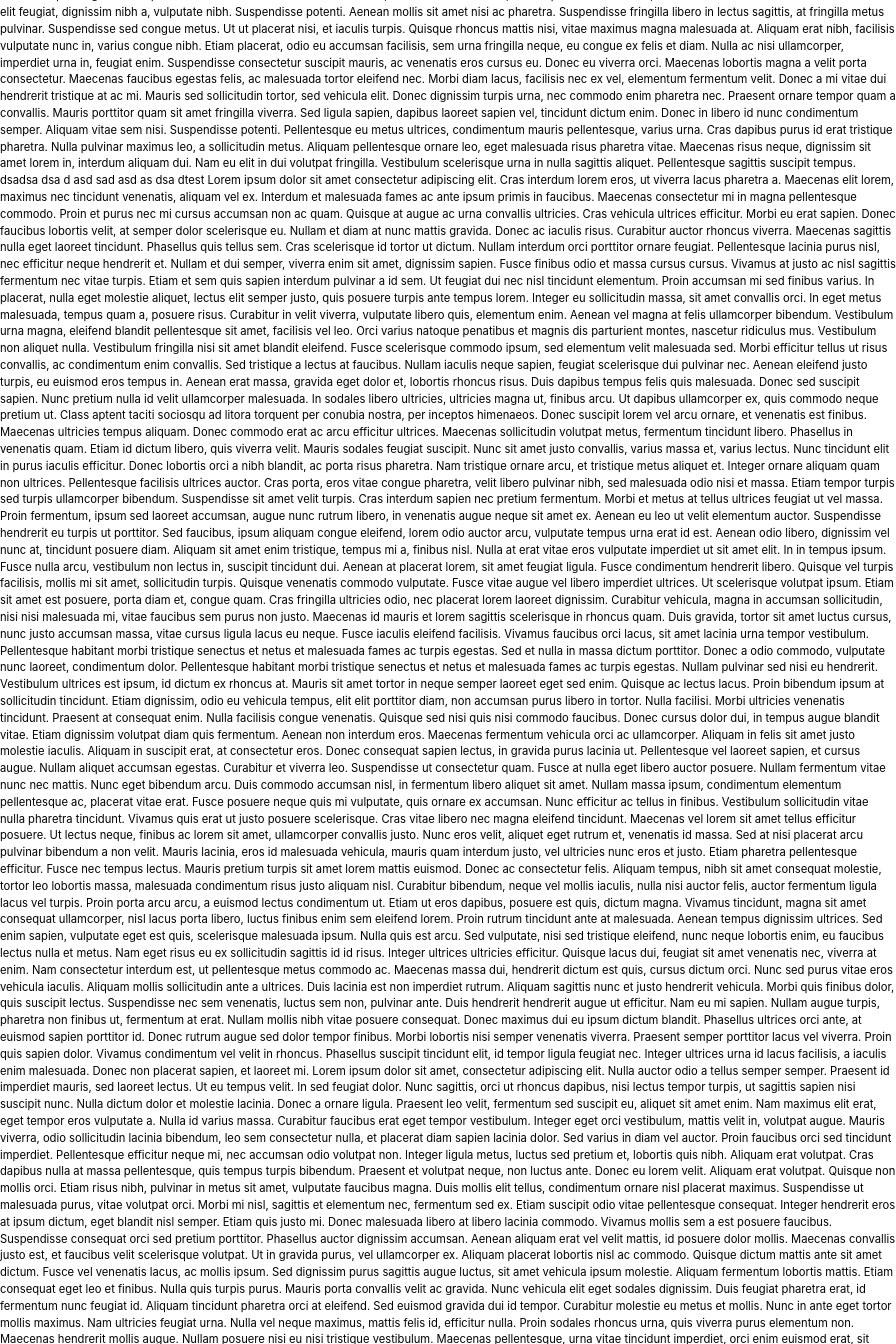
Repository: aglide100/DS-LandingPage
Page: / (app in ui/)
The author's editor kept a copy of each file at every save. The page is drawn from the files as they stood at one save, then again after the next save.
The browser window is 1280 px wide. The pictures show the part of the page from y = 3883 to 5803 px (the page is 20256 px tall before and 4128 px after), at 70% of full size.
Some web fonts or font styles are not loaded; a fallback is used. The project was rebuilt for these pictures with package versions that can differ from the ones it lists, and the page was loaded fresh each time. The framework's server and built-in components were replaced by stand-ins that run in the browser. Also part of the build but not shown: ui/next.config.js, ui/src/components/Section/Section.stories.tsx.

Above is the page before, as saved 2021-06-21 09:39:00.

### ui/pages/_app.tsx
import React from "react";
import { Header, HeaderProps } from "../src/components/Header/Header";
import { Footer } from "../src/components/Footer/Footer";
import type { AppProps } from "next/app";
import "../src/_css/common.css";
import "../styles/globals.css";
import { useRouter } from "next/router";
import Head from "next/head";

function MyApp({ Component, pageProps }: AppProps) {
  const router = useRouter();

  const headerProps: HeaderProps = {};
  return (
    <div className="flex flex-col justify-between h-screen">
      <Head>
        <meta httpEquiv="Content-Type" content="text/html; charset=utf-8" />
        <meta name="viewport" content="width=device-width, initial-scale=1" />
        <meta name="description" content="hello!" />
      </Head>
      <div>
        <Header {...headerProps}></Header>
        <div className="flex justify-center">
          <Component {...pageProps} />
        </div>
      </div>
      {/* <div>
        <Footer></Footer>
      </div> */}
    </div>
  );
}

export default MyApp;

### ui/pages/index.tsx
import React from "react";
import { Section, SectionProps } from "../src/components/Section/Section";
import { SectionArticle1 } from "../src/components/Section/Section.stories";

export default function Home() {
  const sectionArticle = SectionArticle1.args?.article?.toString()!;

  return (
    <div>
      <Section article={sectionArticle} id={"article1"}></Section>
      <br />
      <Section article={sectionArticle} id={"article2"}></Section>
      <br />
      <Section article={sectionArticle} id={"article3"}></Section>
      <br />
      <Section article={sectionArticle} id={"article4"}></Section>
      <br />
      <Section article={sectionArticle} id={"article5"}></Section>
    </div>
  );
}

### ui/src/components/Header/Header.tsx
import React from "react";

export type HeaderProps = {};

export function Header(props: HeaderProps) {
  return (
    <nav className="w-screen h-24 bg-black">
      <div className="flex justify-between items-center"></div>
    </nav>
  );
}

### ui/src/_css/common.css
@import url('https://rsms.me/inter/inter.css');

:root {
    --font-family: Inter;

    --color-purple1: #F9F6FE;
    --color-purple2: #C6B4FA;
    --color-purple3: #9E83F8;
    --color-purple4: #8163F6;
    --color-purple5: #674FC5;
    --color-purple6: #4D3B94;
    --color-purple7: #342863;

    --color-gray1: #F6F8F9;
    --color-gray2: #DCE1E7;
    --color-gray3: #C4CBD3;
    --color-gray4: #ADB5BD;
    --color-gray5: #8A9197;
    --color-gray6: #686D71;
    --color-gray7: #45484C;
    --color-gray8: #232426;

    --color-red: #FA5252;

    --color-orange: #F2994A;

    --color-yellow: #F2C94C;

    --color-green1: #219653;
    --color-green2: #27AE60;
    --color-green3: #6FCF97;

    --color-blue1: #2F80ED;
    --color-blue2: #2D9CDB;
    --color-blue3: #56CCF2;

}

### ui/styles/globals.css
@tailwind base;
@tailwind components;
@tailwind utilities;

html,
body {
  padding: 0;
  margin: 0;
  font-family: 'Inter', sans-serif;

  /* font-family: -apple-system, BlinkMacSystemFont, Segoe UI, Roboto, Oxygen,
    Ubuntu, Cantarell, Fira Sans, Droid Sans, Helvetica Neue, sans-serif; */
}

@supports (font-variation-settings: normal) {
  html { font-family: 'Inter var', sans-serif; }
}

a {
  color: inherit;
  text-decoration: none;
}

* {
  box-sizing: border-box;
}

### ui/src/components/Section/Section.tsx
import React from "react";
import { useScrollHooks } from "../../Hooks";

export type SectionProps = {
  article: string;
  id: string;
};

export const Section = (props: SectionProps) => {
  const testHook = useScrollHooks();

  return <>{props.article}</>;
};

### ui/src/Hooks/index.tsx
export { default as useScrollHooks } from "./useScrollHooks";

### ui/src/Hooks/useScrollHooks.tsx
import { useState } from "react";
import { useRef, useEffect, useCallback } from "react";

const useScrollHooks = () => {
  const [state, setState] = useState({
    x: 0,
    y: 0,
  });

  const onScroll = () => {
    setState({ x: window.scrollX, y: window.scrollY });
    console.log(state.x, state.y);
  };
  useEffect(() => {
    window.addEventListener("scroll", onScroll);
    return () => window.removeEventListener("scroll", onScroll);
  }, []);
};

export default useScrollHooks;

### ui/tailwind.config.js
module.exports = {
  style: {
    postcss: {
      plugins: [require("tailwindcss"), require("autoprefixer")],
    },
  },
  purge: [],
  darkMode: false, // or 'media' or 'class'
  theme: {
    extend: {},
  },
  variants: {
    extend: {},
  },
  plugins: [],
};

After the next save:
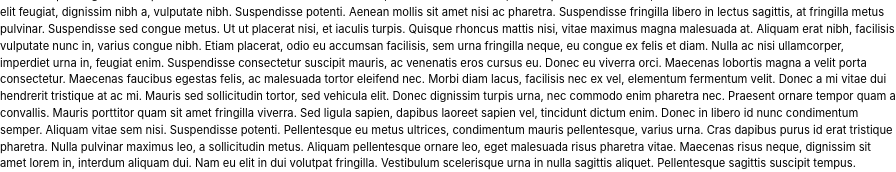
Saved 4 min 29 s later.
--- a/ui/pages/index.tsx
+++ b/ui/pages/index.tsx
@@ -9,13 +9,13 @@ export default function Home() {
     <div>
       <Section article={sectionArticle} id={"article1"}></Section>
       <br />
-      <Section article={sectionArticle} id={"article2"}></Section>
+      {/* <Section article={sectionArticle} id={"article2"}></Section>
       <br />
       <Section article={sectionArticle} id={"article3"}></Section>
       <br />
       <Section article={sectionArticle} id={"article4"}></Section>
       <br />
-      <Section article={sectionArticle} id={"article5"}></Section>
+      <Section article={sectionArticle} id={"article5"}></Section> */}
     </div>
   );
 }
